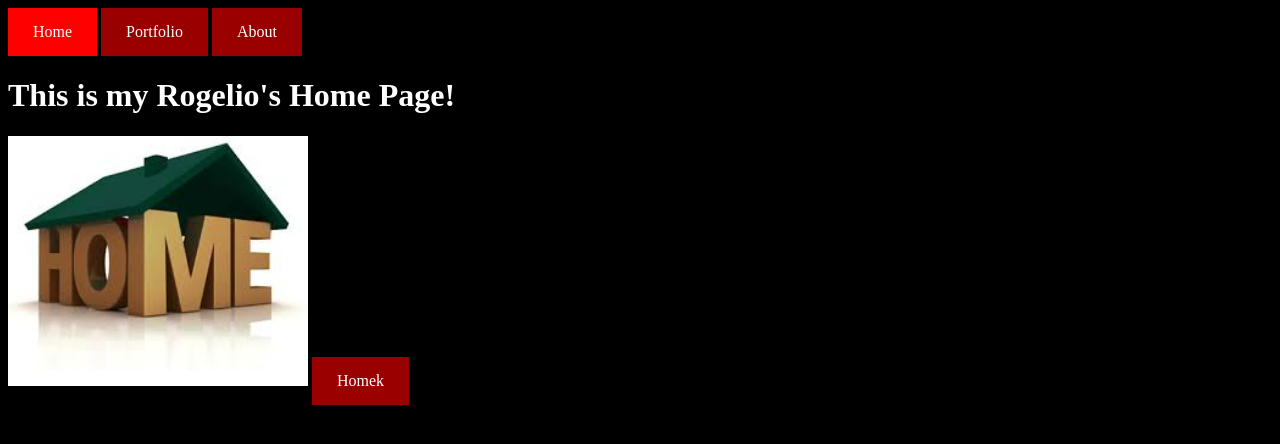
Repository: ralcocer1890/ralcocer1890.github.io
Page: my_website/index.html
The author's editor kept a record of every edit. The page is drawn from the files as they stood at one moment, then again after the next edit.
The browser window is 1280 px wide. The pictures show the whole page.
The pointer rests on the first visible `a`.

Above is the page before.

### my_website/index.html
<!doctype html>
<html lang="en">
  <head>

    <meta charset="utf-8">
    <title>Home</title>
  </head>
  <body>
    <a href="index.html">Home</a>
    <a href="portfolio.html">Portfolio</a>
    <a href="about.html">About</a>
    <h1>This is my Rogelio's Home Page!</h1>
    <img src="images/home.jpg" height="250">

    <style>
h1 {color:white;}
</style>

<body style="background-color:black;">

  <style>
a:link, a:visited {
  background-color: #990000;
  color: white;
  padding: 15px 25px;
  text-align: center;
  text-decoration: none;
  display: inline-block;
}

a:hover, a:active {
  background-color: red;
}
</style>
</head>
<body>

<a href="index.html" target="_blank">Homek</a>

  </body>
</html>

After the next edit:
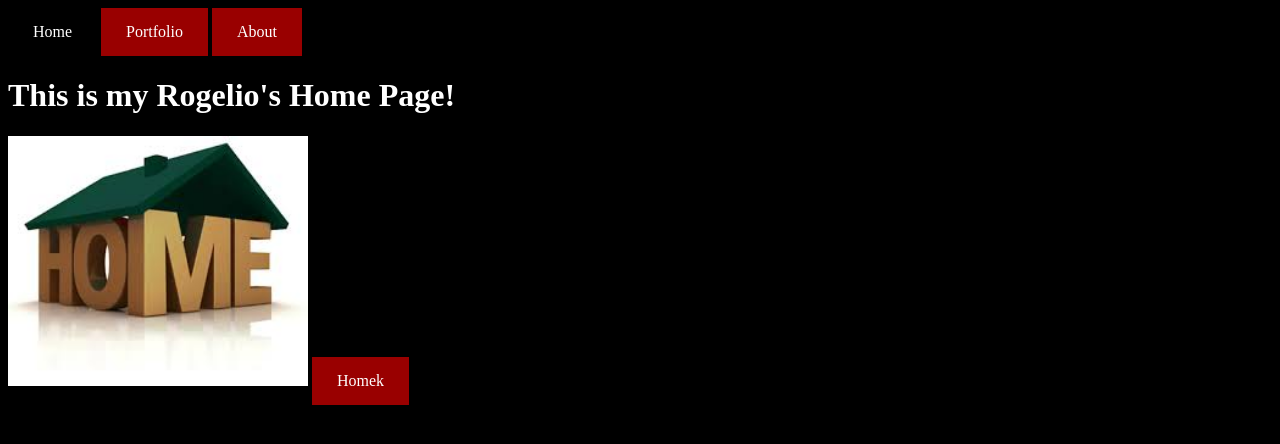
The edit:
--- a/my_website/index.html
+++ b/my_website/index.html
@@ -29,7 +29,7 @@
 }
 
 a:hover, a:active {
-  background-color: red;
+  background-color: black;
 }
 </style>
 </head>
